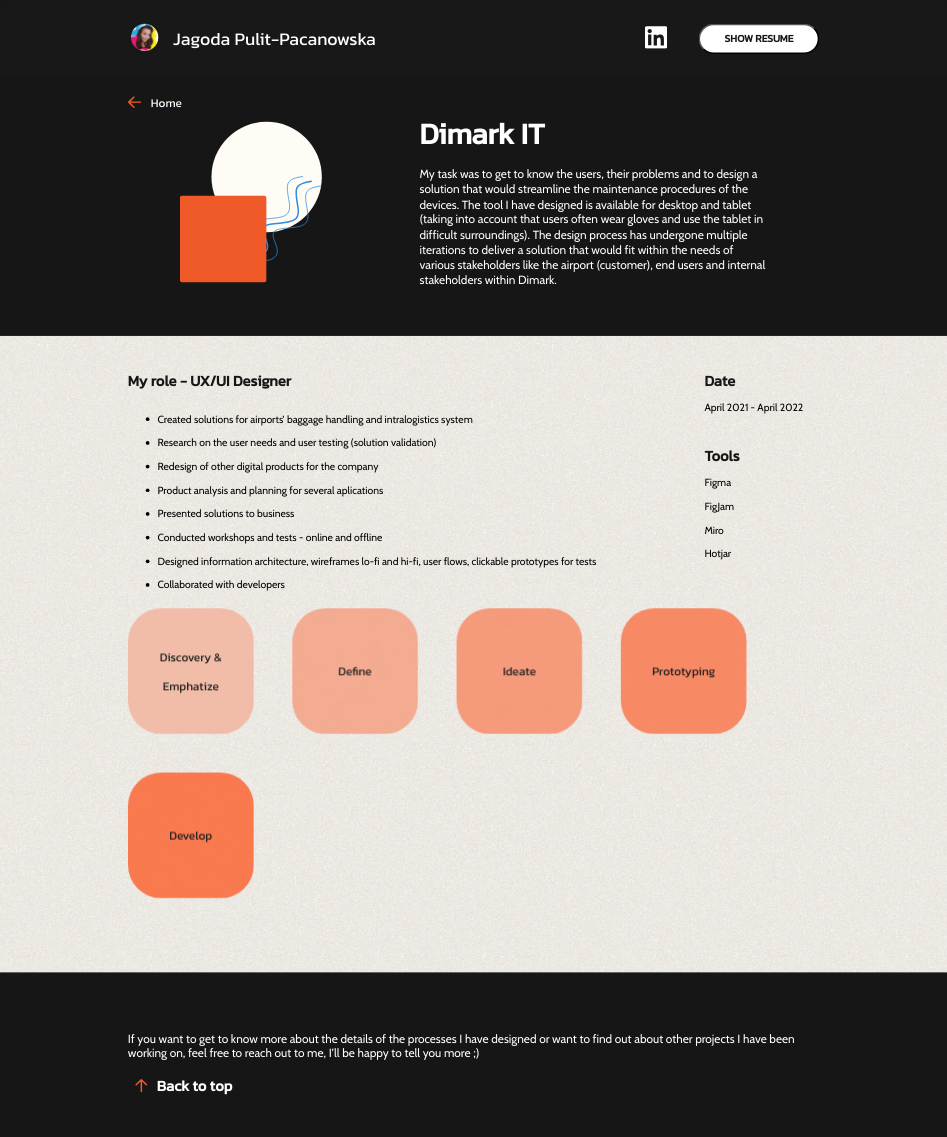
Repository: remigiuszpulit/ux-ui-portfolio
Page: /dimarkit
These files come from the project's save history. The page is drawn as it stood at one moment and after a run of saves; the edit follows.
The browser window is 1280 px wide. The pictures show the whole page, at 74% of full size.
The project was rebuilt for these pictures with package versions that can differ from the ones it lists, and the page was loaded fresh each time. Also part of the build but not shown: src/components/Card.js, src/pages/index.js.

Above is the page before, as saved 2022-10-03 22:35:39.

### public/index.html
<!DOCTYPE html>
<html lang="en">
  <head>
    <meta charset="utf-8" />
    <link rel="icon" href="%PUBLIC_URL%/avatar.svg" />
    <meta name="viewport" content="width=device-width, initial-scale=1" />
    <meta name="theme-color" content="#000000" />
    <meta
      name="description"
      content="Web site created using create-react-app"
    />
    <link rel="apple-touch-icon" href="%PUBLIC_URL%/avatar.svg" />
    <!--
      manifest.json provides metadata used when your web app is installed on a
      user's mobile device or desktop. See https://developers.google.com/web/fundamentals/web-app-manifest/
    -->
    <link rel="manifest" href="%PUBLIC_URL%/manifest.json" />
    <!--
      Notice the use of %PUBLIC_URL% in the tags above.
      It will be replaced with the URL of the `public` folder during the build.
      Only files inside the `public` folder can be referenced from the HTML.

      Unlike "/favicon.ico" or "favicon.ico", "%PUBLIC_URL%/favicon.ico" will
      work correctly both with client-side routing and a non-root public URL.
      Learn how to configure a non-root public URL by running `npm run build`.
    -->
    <title>Jagoda Pulit UX/UI Portfolio</title>
  </head>
  <body>
    <noscript>You need to enable JavaScript to run this app.</noscript>
    <div id="root"></div>
    <!--
      This HTML file is a template.
      If you open it directly in the browser, you will see an empty page.

      You can add webfonts, meta tags, or analytics to this file.
      The build step will place the bundled scripts into the <body> tag.

      To begin the development, run `npm start` or `yarn start`.
      To create a production bundle, use `npm run build` or `yarn build`.
    -->
  </body>
</html>

### src/index.js
import React from "react";
import ReactDOM from "react-dom/client";
import "./index.css";
import App from "./App";
import reportWebVitals from "./reportWebVitals";

const root = ReactDOM.createRoot(document.getElementById("root"));
root.render(
  // <React.StrictMode>
  <App />
  // </React.StrictMode> */
);

// If you want to start measuring performance in your app, pass a function
// to log results (for example: reportWebVitals(console.log))
// or send to an analytics endpoint. Learn more: https://bit.ly/CRA-vitals
reportWebVitals();

### src/App.js
import { BrowserRouter, Routes, Route, useLocation } from "react-router-dom";
import Navbar from "./components/Navbar";
import GlobalStyle from "./globalStyles";
import Index from "./pages";
import Dimark from "./pages/dimark";

function App() {
  return (
    <>
      <GlobalStyle />
      <BrowserRouter>
        <Navbar />
        <Routes>
          <Route path="/" element={<Index />} />
          <Route path="/dimarkit" element={<Dimark />} />
        </Routes>
      </BrowserRouter>
    </>
  );
}

export default App;

### src/components/Navbar.js
import React from "react";
import styled from "styled-components";
import avatar from "../static/avatar.svg";
import LinkedinIcon from "../static/LinkedinIcon.svg";
import LinkedinIconWhite from "../static/LinkedinIconWhite.svg";
import "@fontsource/kanit";
import { useLocation } from "react-router-dom";

function Navbar() {
  const location = useLocation();
  const isLight = location.pathname != "/";
  return (
    <NavContainer>
      <NavWrapper>
        <ItemsWrapper>
          <img src={avatar} alt="Avatar" />
          <LogoText isLight={isLight}>Jagoda Pulit-Pacanowska</LogoText>
        </ItemsWrapper>
        <ItemsWrapper>
          <a
            href="https://www.linkedin.com/in/jagoda-pulit/"
            target={"_blank"}
            rel="noreferrer"
          >
            <img
              src={isLight ? LinkedinIconWhite : LinkedinIcon}
              alt="LinkedinIcon"
            />
          </a>
          <ResumeButton isLight={isLight}>
            <ResumeButtonText isLight={isLight}>show resume</ResumeButtonText>
          </ResumeButton>
        </ItemsWrapper>
      </NavWrapper>
    </NavContainer>
  );
}

export default Navbar;

const NavContainer = styled.nav`
  height: 105px;
  background: rgba(232, 228, 222, 0.01);
  backdrop-filter: blur(3px);
  position: fixed;
  display: flex;
  width: 100%;
  justify-content: center;
`;

const NavWrapper = styled.div`
  width: 73%;
  display: flex;
  justify-content: center;
  align-items: center;
  flex-direction: column;
  @media (min-width: 768px) {
    justify-content: space-between;
    flex-direction: row;
    width: 73%;
  }
`;
const ItemsWrapper = styled.div`
  display: flex;
  align-items: center;
`;
const LogoText = styled.h3`
  margin-left: 16px;
  font-family: "Kanit";
  font-style: normal;
  font-weight: 500;
  font-size: 16px;
  @media (min-width: 768px) {
    font-size: 24px;
  }
  line-height: 124%;
  color: #161616;
  ${({ isLight }) =>
    isLight &&
    `
    color: white;
  `}
`;

const ResumeButton = styled.button`
  display: flex;
  flex-direction: row;
  width: 163px;
  height: 41px;
  justify-content: center;
  margin-left: 42px;
  align-items: center;
  padding: 10px;
  background: #161616;
  border-radius: 159px;
  ${({ isLight }) =>
    isLight &&
    `
    background: white;
  `}
`;

const ResumeButtonText = styled.h4`
  font-family: "Kanit";
  font-style: normal;
  font-weight: 600;
  font-size: 14px;
  line-height: 21px;
  /* identical to box height */

  text-transform: uppercase;

  color: #ffffff;

  /* Inside auto layout */
  ${({ isLight }) =>
    isLight &&
    `
    color: #161616;
  `}

  flex: none;
  order: 0;
  flex-grow: 0;
`;

### src/globalStyles.js
import { createGlobalStyle } from "styled-components";

const GlobalStyle = createGlobalStyle`
  /*! normalize.css v8.0.1 | MIT License | github.com/necolas/normalize.css */

/* Document
   ========================================================================== */

/**
 * 1. Correct the line height in all browsers.
 * 2. Prevent adjustments of font size after orientation changes in iOS.
 */

html {
  line-height: 1.15; /* 1 */
  -webkit-text-size-adjust: 100%; /* 2 */
}

/* Sections
   ========================================================================== */

/**
 * Remove the margin in all browsers.
 */

body {
  margin: 0;
}


main {
  display: block;
}


h1 {
  font-size: 2em;
  margin: 0.67em 0;
}

/* Grouping content
   ========================================================================== */

/**
 * 1. Add the correct box sizing in Firefox.
 * 2. Show the overflow in Edge and IE.
 */

hr {
  box-sizing: content-box; /* 1 */
  height: 0; /* 1 */
  overflow: visible; /* 2 */
}



pre {
  font-family: monospace, monospace; /* 1 */
  font-size: 1em; /* 2 */
}

/* Text-level semantics
   ========================================================================== */

/**
 * Remove the gray background on active links in IE 10.
 */

a {
  background-color: transparent;
}

/**
 * 1. Remove the bottom border in Chrome 57-
 * 2. Add the correct text decoration in Chrome, Edge, IE, Opera, and Safari.
 */

abbr[title] {
  border-bottom: none; /* 1 */
  text-decoration: underline; /* 2 */
  text-decoration: underline dotted; /* 2 */
}

/**
 * Add the correct font weight in Chrome, Edge, and Safari.
 */

b,
strong {
  font-weight: bolder;
}


code,
kbd,
samp {
  font-family: monospace, monospace; /* 1 */
  font-size: 1em; /* 2 */
}

/**
 * Add the correct font size in all browsers.
 */

small {
  font-size: 80%;
}



sub,
sup {
  font-size: 75%;
  line-height: 0;
  position: relative;
  vertical-align: baseline;
}

sub {
  bottom: -0.25em;
}

sup {
  top: -0.5em;
}

/* Embedded content
   ========================================================================== */

/**
 * Remove the border on images inside links in IE 10.
 */

img {
  border-style: none;
}

/* Forms
   ========================================================================== */

/**
 * 1. Change the font styles in all browsers.
 * 2. Remove the margin in Firefox and Safari.
 */

button,
input,
optgroup,
select,
textarea {
  font-family: inherit; /* 1 */
  font-size: 100%; /* 1 */
  line-height: 1.15; /* 1 */
  margin: 0; /* 2 */
}

/**
 * Show the overflow in IE.
 * 1. Show the overflow in Edge.
 */

button,
input { /* 1 */
  overflow: visible;
}

/**
 * Remove the inheritance of text transform in Edge, Firefox, and IE.
 * 1. Remove the inheritance of text transform in Firefox.
 */

button,
select { /* 1 */
  text-transform: none;
}

/**
 * Correct the inability to style clickable types in iOS and Safari.
 */

button,
[type="button"],
[type="reset"],
[type="submit"] {
  -webkit-appearance: button;
}

/**
 * Remove the inner border and padding in Firefox.
 */

button::-moz-focus-inner,
[type="button"]::-moz-focus-inner,
[type="reset"]::-moz-focus-inner,
[type="submit"]::-moz-focus-inner {
  border-style: none;
  padding: 0;
}

/**
 * Restore the focus styles unset by the previous rule.
 */

button:-moz-focusring,
[type="button"]:-moz-focusring,
[type="reset"]:-moz-focusring,
[type="submit"]:-moz-focusring {
  outline: 1px dotted ButtonText;
}

/**
 * Correct the padding in Firefox.
 */

fieldset {
  padding: 0.35em 0.75em 0.625em;
}



legend {
  box-sizing: border-box; /* 1 */
  color: inherit; /* 2 */
  display: table; /* 1 */
  max-width: 100%; /* 1 */
  padding: 0; /* 3 */
  white-space: normal; /* 1 */
}

/**
 * Add the correct vertical alignment in Chrome, Firefox, and Opera.
 */

progress {
  vertical-align: baseline;
}

/**
 * Remove the default vertical scrollbar in IE 10+.
 */

textarea {
  overflow: auto;
}

/**
 * 1. Add the correct box sizing in IE 10.
 * 2. Remove the padding in IE 10.
 */

[type="checkbox"],
[type="radio"] {
  box-sizing: border-box; /* 1 */
  padding: 0; /* 2 */
}

/**
 * Correct the cursor style of increment and decrement buttons in Chrome.
 */

[type="number"]::-webkit-inner-spin-button,
[type="number"]::-webkit-outer-spin-button {
  height: auto;
}

/**
 * 1. Correct the odd appearance in Chrome and Safari.
 * 2. Correct the outline style in Safari.
 */

[type="search"] {
  -webkit-appearance: textfield; /* 1 */
  outline-offset: -2px; /* 2 */
}

/**
 * Remove the inner padding in Chrome and Safari on macOS.
 */

[type="search"]::-webkit-search-decoration {
  -webkit-appearance: none;
}



::-webkit-file-upload-button {
  -webkit-appearance: button; /* 1 */
  font: inherit; /* 2 */
}

/* Interactive
   ========================================================================== */

/*
 * Add the correct display in Edge, IE 10+, and Firefox.
 */

details {
  display: block;
}

/*
 * Add the correct display in all browsers.
 */

summary {
  display: list-item;
}

/* Misc
   ========================================================================== */

/**
 * Add the correct display in IE 10+.
 */

template {
  display: none;
}

/**
 * Add the correct display in IE 10.
 */

[hidden] {
  display: none;
}

`;

export default GlobalStyle;

### src/pages/dimark.js
import React from "react";
import styled from "styled-components";
import grafika_dimark from "../static/grafika_dimark.svg";
import PageLayout from "../components/PageLayout";
import Pill from "../components/dimark/Pill";

const headParagraph =
  "My task was to get to know the users, their problems and to design a solution that would streamline the maintenance procedures of the devices. The tool I have designed is available for desktop and tablet (taking into account that users often wear gloves and use the tablet in difficult surroundings). The design process has undergone multiple iterations to deliver a solution that would fit within the needs of various stakeholders like the airport (customer), end users and internal stakeholders within Dimark.";

function Dimark() {
  return (
    <>
      <PageLayout
        color={"#F05A28"}
        logo={grafika_dimark}
        head={"Dimark IT"}
        par={headParagraph}
      >
        <FlexContainer>
          <ColumnContainer>
            <Title3>My role - UX/UI Designer</Title3>
            <ul>
              <StyledListItem>
                Created solutions for airports’ baggage handling and
                intralogistics system
              </StyledListItem>
              <StyledListItem>
                Research on the user needs and user testing (solution
                validation)
              </StyledListItem>
              <StyledListItem>
                Redesign of other digital products for the company
              </StyledListItem>
              <StyledListItem>
                Product analysis and planning for several aplications
              </StyledListItem>
              <StyledListItem>Presented solutions to business</StyledListItem>
              <StyledListItem>
                Conducted workshops and tests - online and offline
              </StyledListItem>
              <StyledListItem>
                Designed information architecture, wireframes lo-fi and hi-fi,
                user flows, clickable prototypes for tests
              </StyledListItem>
              <StyledListItem>Collaborated with developers</StyledListItem>
            </ul>
          </ColumnContainer>
          <ColumnContainer>
            <Title3>Date</Title3>
            <TextListStyle style={{ marginBottom: "30px" }}>
              April 2021 - April 2022
            </TextListStyle>
            <Title3>Tools</Title3>
            <TextListStyle>Figma</TextListStyle>
            <TextListStyle>FigJam</TextListStyle>
            <TextListStyle>Miro</TextListStyle>
            <TextListStyle>Hotjar</TextListStyle>
          </ColumnContainer>
        </FlexContainer>
        <CenterContainer>
          <FlexWrapContainer>
            <Pill opacity={0.26} text={"Discovery & Emphatize"} />
            <Pill opacity={0.36} text={"Define"} />
            <Pill opacity={0.46} text={"Ideate"} />
            <Pill opacity={0.56} text={"Prototyping"} />
            <Pill opacity={0.66} text={"Develop"} />
          </FlexWrapContainer>
        </CenterContainer>
      </PageLayout>
    </>
  );
}

export default Dimark;

const ColumnContainer = styled.div`
  display: flex;
  flex-direction: column;
`;

const CenterContainer = styled.div`
  display: flex;
  justify-content: center;
`;

const FlexWrapContainer = styled.div`
  display: flex;
  gap: 52px;
  flex-wrap: wrap;
`;

const FlexContainer = styled.div`
  display: flex;
  flex-direction: column;
  @media (min-width: 992px) {
    flex-direction: row;
    gap: 146px;
  }
`;

const Title3 = styled.h3`
  font-family: "Kanit";
  font-style: normal;
  font-weight: 700;
  font-size: 20px;
  margin: unset;
  line-height: 40px;
  /* identical to box height, or 200% */

  /* Black */

  color: #161616;
`;
const StyledListItem = styled.li`
  font-family: "Cabin";
  font-style: normal;
  font-weight: 400;
  font-size: 14px;
  margin: unset;
  line-height: 32px;
  /* or 229% */

  color: #000000;
`;

const TextListStyle = styled.p`
  font-family: "Cabin";
  font-style: normal;
  font-weight: 400;
  font-size: 14px;
  line-height: 32px;
  margin: unset;
  /* or 229% */

  color: #000000;
`;

### src/components/PageLayout.js
import React, { useRef } from "react";
import styled from "styled-components";
import BackgroundLight from "../static/BackgroundLight.png";
import PageHead from "../components/PageHead";
import Footer from "./Footer";

function PageLayout({ color, logo, head, par, children }) {
  const ref = useRef(null);
  return (
    <>
      <PageHead ref={ref} color={color} logo={logo} head={head} par={par} />
      <Page>
        <Container>{children}</Container>
      </Page>
      <Footer color={color} to={ref.current} />
    </>
  );
}

export default PageLayout;
const Page = styled.div`
  display: flex;
  justify-content: center;
  background-image: url(${BackgroundLight});
`;

const Container = styled.div`
  width: 73%;
  padding-top: 40px;
  padding-bottom: 100px;
`;

### src/components/dimark/Pill.js
import React from "react";
import styled from "styled-components";

function Pill({ opacity, text }) {
  const color = `rgba(255, 64, 0, ${opacity})`;

  return (
    <Box style={{ background: color }}>
      <Text>{text}</Text>
    </Box>
  );
}

export default Pill;

const Box = styled.div`
  display: flex;
  flex-direction: column;
  justify-content: center;
  align-items: center;
  padding: 35px;
  width: 100px;
  height: 100px;
  gap: 10px;
  backdrop-filter: blur(5.5px);
  /* Note: backdrop-filter has minimal browser support */

  border-radius: 45px;
`;

const Text = styled.p`
  font-family: "Kanit";
  font-style: normal;
  font-weight: 500;
  font-size: 16px;
  line-height: 40px;
  /* or 250% */

  text-align: center;

  color: #1c1c1c;

  /* Inside auto layout */

  flex: none;
  order: 0;
  flex-grow: 0;
`;

### src/components/PageHead.js
import React from "react";
import { Link } from "react-router-dom";
import styled from "styled-components";
import ArrowLeft from "./ArrowLeft";

const PageHead = React.forwardRef(({ color, logo, head, par }, ref) => (
  <Container ref={ref}>
    <Wrapper>
      <BackLink to={"/"}>
        <ArrowLeft color={color} />
        <BackLinkText>Home</BackLinkText>
      </BackLink>
      <HeadContainer>
        <HeadWrapper>
          <ImageContainer src={logo} />
          <TextContainer>
            <HeadText>{head}</HeadText>
            <HeadPar>{par}</HeadPar>
          </TextContainer>
        </HeadWrapper>
      </HeadContainer>
    </Wrapper>
  </Container>
));

export default PageHead;

const Container = styled.div`
  display: flex;
  justify-content: center;

  background-color: #161616;
  padding-top: 150px;
  @media (min-width: 768px) {
    padding-top: 105px;
  }
`;

const Wrapper = styled.div`
  padding-top: 21px;
  width: 73%;
  display: flex;
  flex-direction: column;
`;

const BackLink = styled(Link)`
  display: flex;
  align-items: center;
`;

const BackLinkText = styled.span`
  font-family: "Kanit";
  font-style: normal;
  font-weight: 300;
  font-size: 16px;
  line-height: 24px;
  text-decoration: none;
  margin-left: 13px;
  /* identical to box height */

  color: #ffffff;
`;

const HeadContainer = styled.div`
  display: flex;
  justify-content: center;
`;

const HeadWrapper = styled.div`
  width: 100%;
  display: flex;
  flex-direction: column-reverse;
  gap: 20px;
  margin-bottom: 24px;

  @media (min-width: 992px) {
    width: 85%;
    flex-direction: row;
    justify-content: center;
    gap: 100px;
    margin-bottom: 48px;
  }
`;

const ImageContainer = styled.img`
  max-height: 250px;
`;

const TextContainer = styled.div`
  display: flex;
  flex-direction: column;
  align-items: flex-start;
`;

const HeadText = styled.h1`
  font-family: "Kanit";
  font-style: normal;
  font-weight: 700;
  font-size: 40px;
  margin: unset;
  line-height: 60px;
  /* identical to box height */

  text-align: center;

  color: #ffffff;
`;

const HeadPar = styled.p`
  font-family: "Cabin";
  font-style: normal;
  font-weight: 500;
  font-size: 16px;
  line-height: 128%;
  max-width: 670px;
  /* or 20px */

  color: #ffffff;
`;

### src/components/Footer.js
import React from "react";
import styled from "styled-components";
import ArrowUp from "./ArrowUp";

function Footer({ color, to }) {
  return (
    <Container>
      <Wrapper>
        <Text>
          If you want to get to know more about the details of the processes I
          have designed or want to find out about other projects I have been
          working on, feel free to reach out to me, I’ll be happy to tell you
          more ;)
        </Text>
        <Button onClick={() => to?.scrollIntoView({ behavior: "smooth" })}>
          <ArrowUp color={color} />
          <ButtonText>Back to top</ButtonText>
        </Button>
      </Wrapper>
    </Container>
  );
}

export default Footer;

const Container = styled.div`
  background: #161616;
  padding-top: 64px;
  padding-bottom: 54px;
  display: flex;
  justify-content: center;
`;

const Wrapper = styled.div`
  width: 73%;
  display: flex;
  flex-direction: column;
`;

const Text = styled.p`
  font-family: "Cabin";
  font-style: normal;
  font-weight: 500;
  font-size: 16px;
  line-height: 128%;
  /* or 20px */

  color: #ffffff;
`;

const Button = styled.button`
  background: none;
  border: none;
  display: flex;
  align-items: center;
`;

const ButtonText = styled.span`
  font-family: "Kanit";
  font-style: normal;
  font-weight: 600;
  margin-left: 9px;
  font-size: 20px;
  line-height: 30px;
  /* identical to box height */

  color: #ffffff;
`;

### src/components/ArrowLeft.js
import React from "react";

function ArrowLeft({ color }) {
  return (
    <svg
      width="18"
      height="16"
      viewBox="0 0 18 16"
      fill="none"
      xmlns="http://www.w3.org/2000/svg"
    >
      <path
        d="M1 8L17 8M8 1L1 8L8 15"
        stroke={`${color}`}
        stroke-width="2"
        stroke-linecap="round"
        stroke-linejoin="round"
      />
    </svg>
  );
}

export default ArrowLeft;

### src/components/ArrowUp.js
import React from "react";

function ArrowUp({ color }) {
  return (
    <svg
      width="24"
      height="24"
      viewBox="0 0 24 24"
      fill="none"
      xmlns="http://www.w3.org/2000/svg"
    >
      <path
        d="M12 4L12 20M19 11L12 4L5 11"
        stroke={`${color}`}
        stroke-width="2"
        stroke-linecap="round"
        stroke-linejoin="round"
      />
    </svg>
  );
}

export default ArrowUp;

Loaded but not shown: src/index.css (common file); src/reportWebVitals.js (common file)

After the next 2 saves:
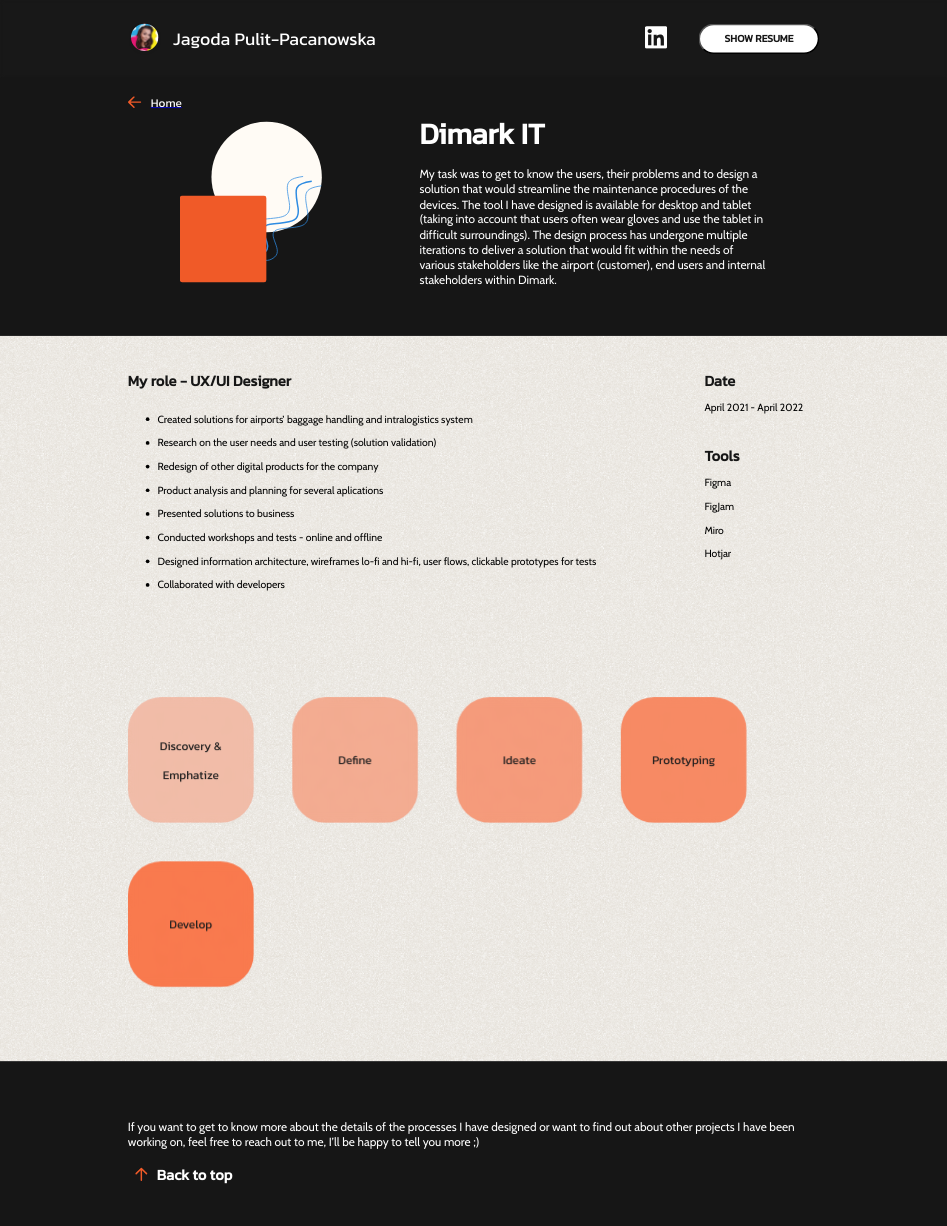
The 2 saves are shown as one change because they came seconds apart.
The last was saved 50 s later.
--- a/src/pages/dimark.js
+++ b/src/pages/dimark.js
@@ -16,7 +16,7 @@
         head={"Dimark IT"}
         par={headParagraph}
       >
-        <FlexContainer>
+        <FlexContainer style={{ marginBottom: "120px" }}>
           <ColumnContainer>
             <Title3>My role - UX/UI Designer</Title3>
             <ul>
